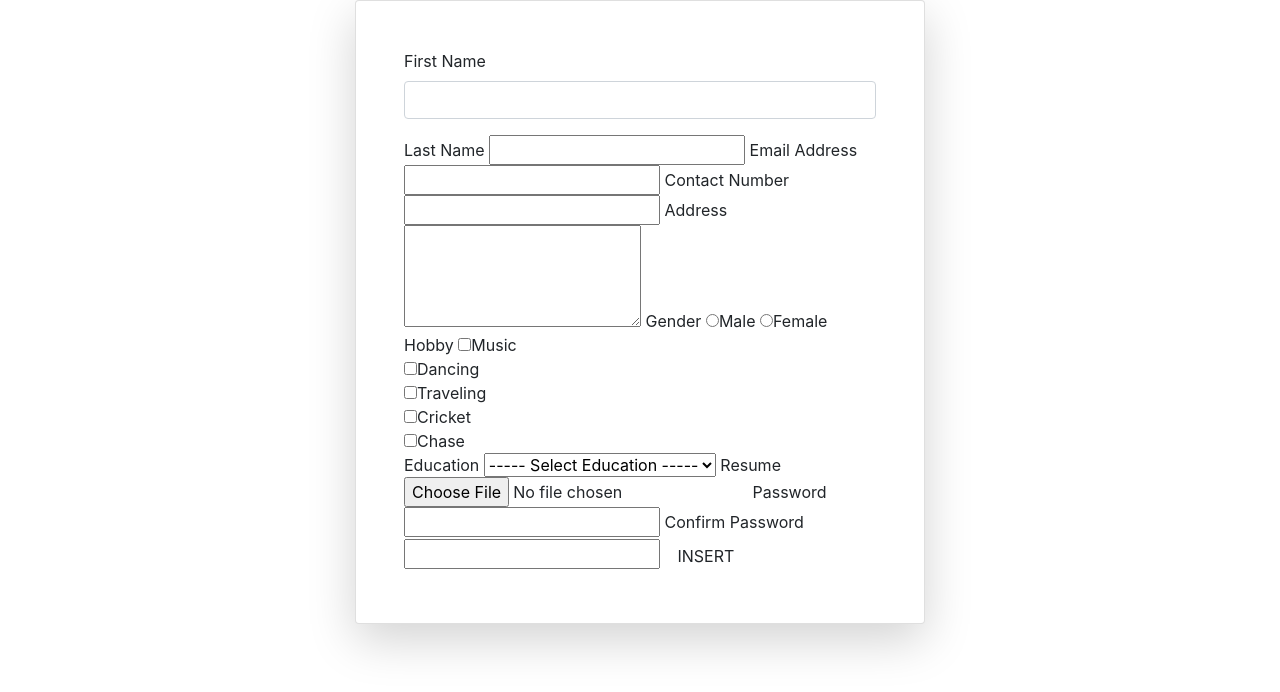
Repository: dhiren1618/OCT-JAVA-2023
Page: http://localhost/AdvancedJava/bootstrap.jsp
The author's editor kept a copy of each file at every save. The page is drawn from the files as they stood at one save, then again after the next save.
The browser window is 1280 px wide. The pictures show the whole page.
The page is served by Tomcat 9.

Above is the page before, as saved 2024-06-15 10:54:13.

After the next save:
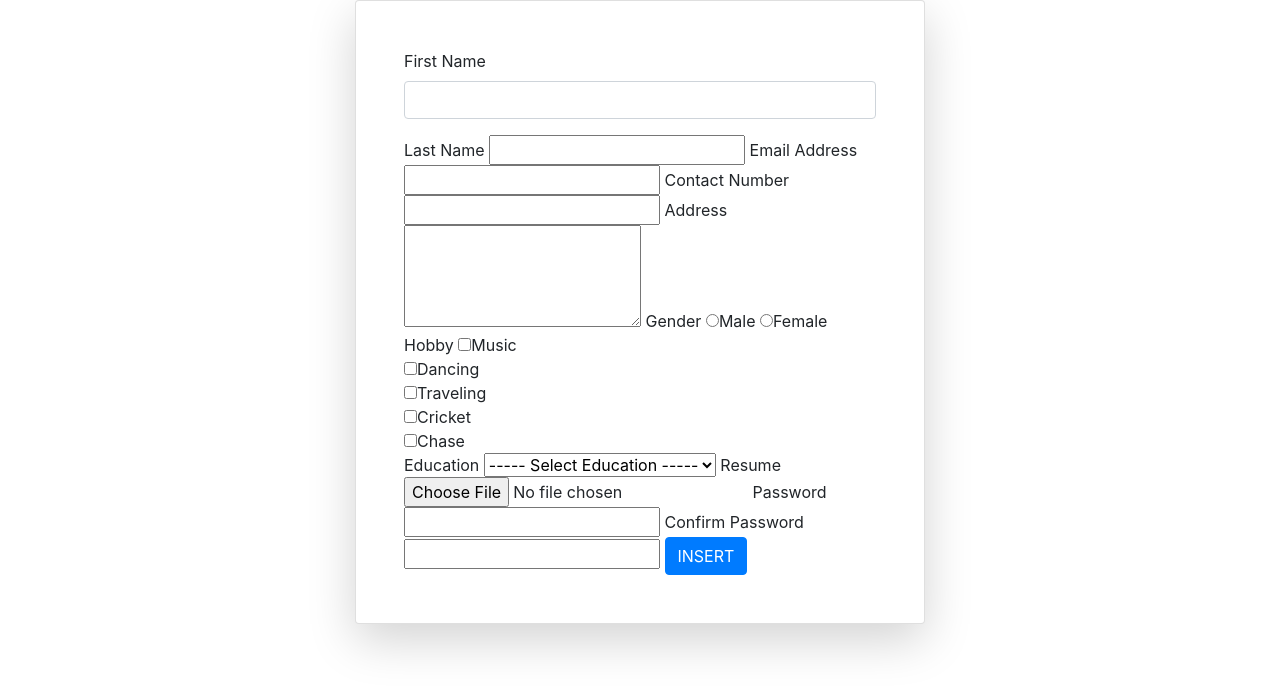
Saved 23 s later.
--- a/AdvancedJava/src/main/webapp/bootstrap.jsp
+++ b/AdvancedJava/src/main/webapp/bootstrap.jsp
@@ -96,7 +96,7 @@
 
 			<tr>
 				<td colspan="2" align="center"><input type="submit"
-					value="INSERT" class="btn bt-primary"></td>
+					value="INSERT" class="btn btn-primary"></td>
 			</tr>
 
 
